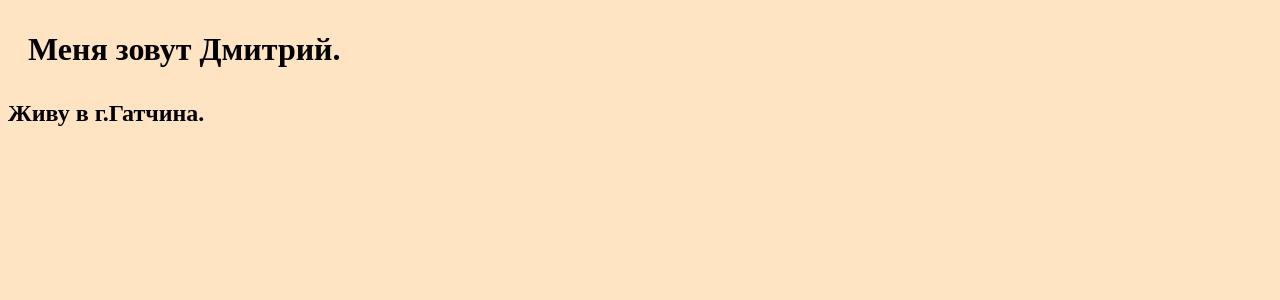
Repository: KoltsovDmitriy/Portfolio
Page: index.html
An editor plug-in stored every save of this project. The page is shown before and after the next save, followed by the edit.
The browser window is 1280 px wide. The pictures show the whole page.

Above is the page before, as saved 2023-03-10 10:19:44.

After the next save:
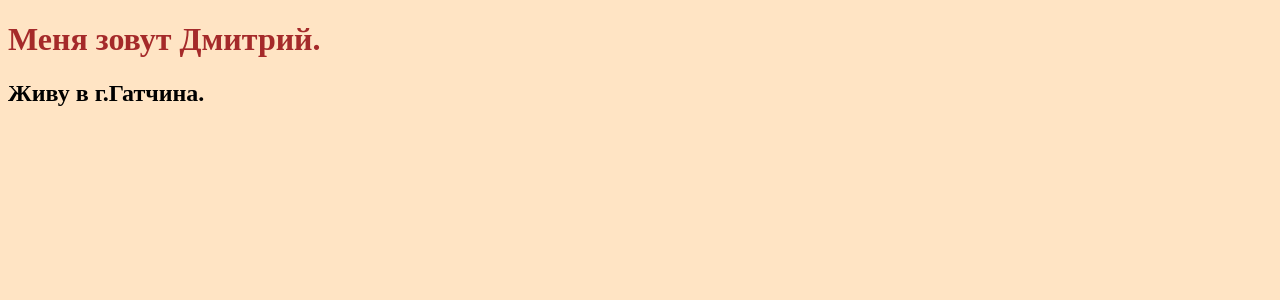
Saved 23 s later.
--- a/style.css
+++ b/style.css
@@ -6,5 +6,5 @@
 }
 
 .intro_title{
-    padding: 10px 10px 10px 20px;
+    color: brown;
 }
